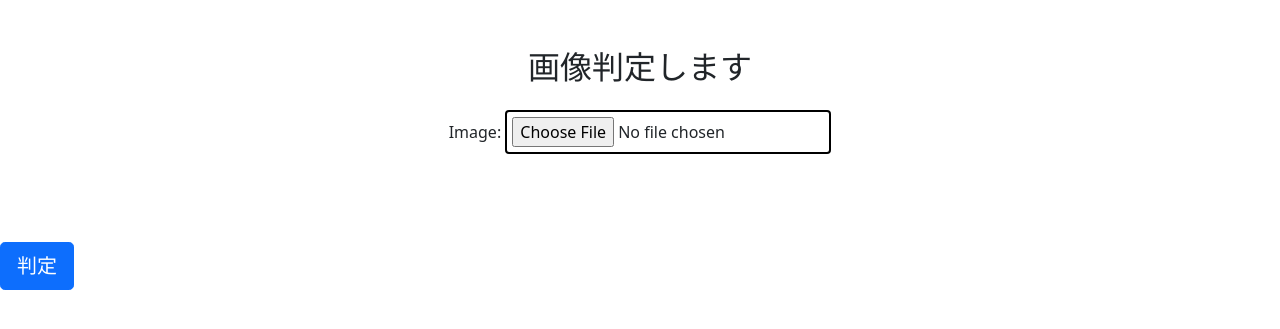
Repository: ruka-sumichi/deeplearning-advanced-kadai
Page: http://localhost/
An editor plug-in stored every save of this project. The page is shown before and after the next save, followed by the edit.
The browser window is 1280 px wide. The pictures show the whole page.
The page is served by the project's application, run on Django 5.2 (photoidentify/manage.py).

Above is the page before, as saved 2024-09-01 18:59:47.

After the next save:
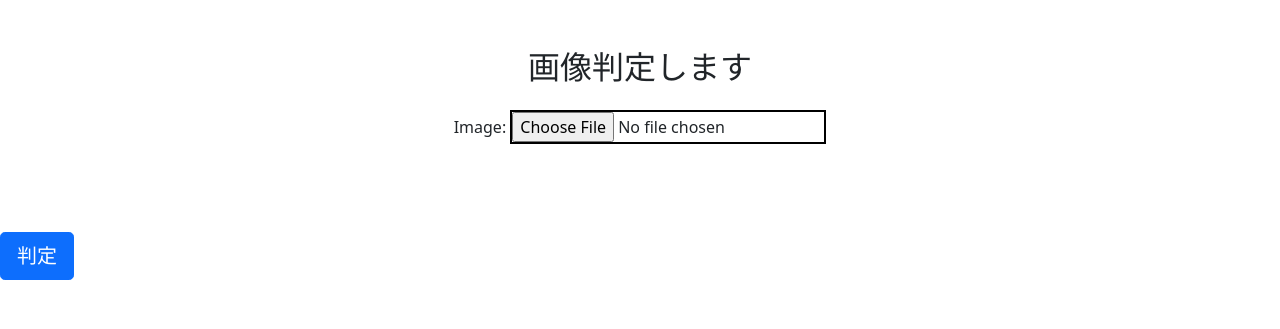
Saved 2 min 59 s later.
--- a/photoidentify/prediction/templates/home.html
+++ b/photoidentify/prediction/templates/home.html
@@ -13,8 +13,6 @@
 
     input[type="file"] {
       border: 2px solid black;
-      padding: 5px;
-      border-radius: 4px;
     }
 
 
